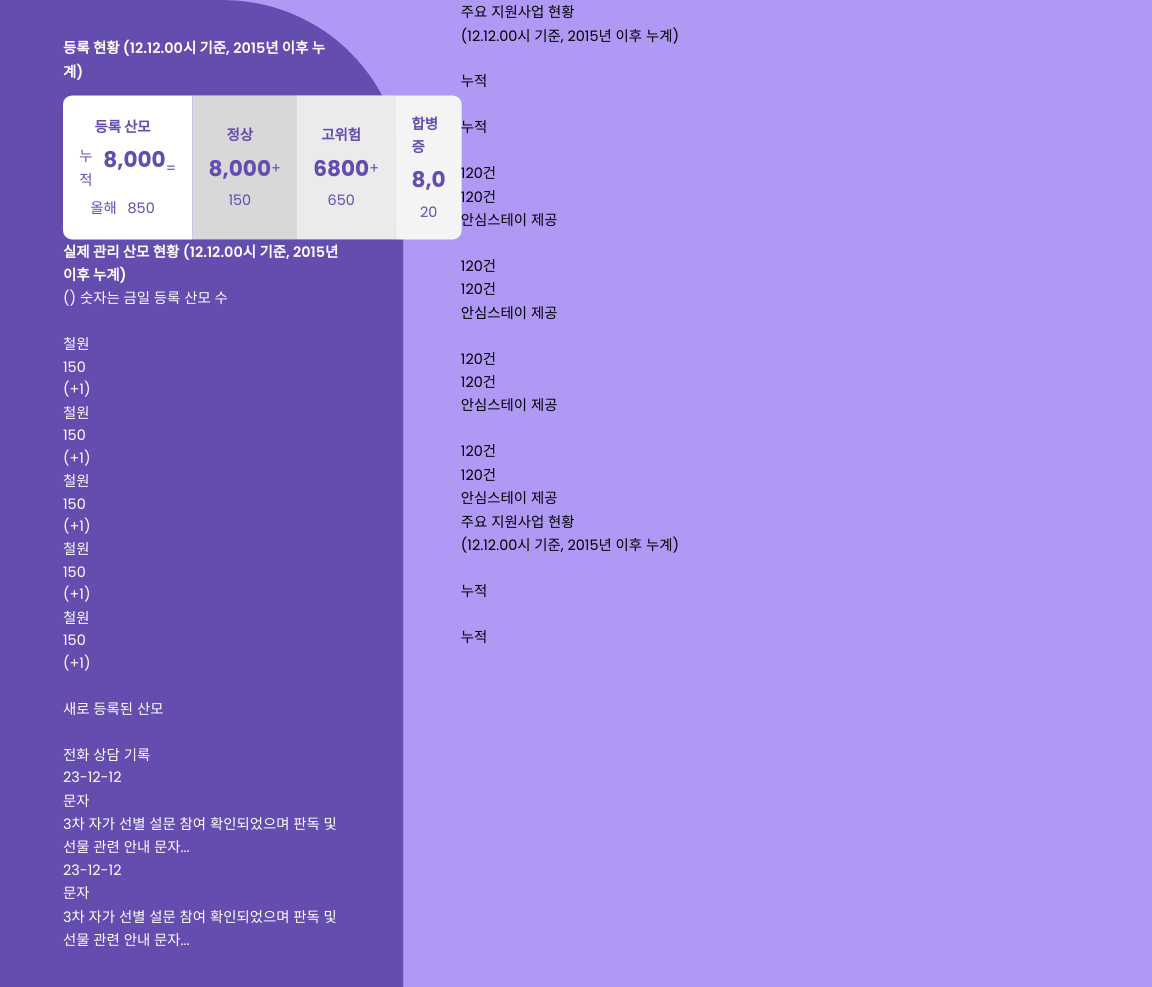
Repository: giapchicuong/Perganancy_Web
Page: index.html
The author's editor kept a copy of each file at every save. The page is drawn from the files as they stood at one save, then again after the next save.
The browser window is 1280 px wide. The pictures show the whole page, at 90% of full size.

Above is the page before, as saved 2024-03-06 15:28:06.

### index.html
<!DOCTYPE html>
<html lang="en">

<head>
    <meta charset="UTF-8">
    <meta name="viewport" content="width=device-width, initial-scale=1.0">
    <title>Perganancy Web</title>
    <link rel="stylesheet" href="./assets/base.css">
    <link rel="stylesheet" href="./assets/style.css">
</head>

<body>
    <!-- .block -->
    <!-- .block__element -->
    <!-- .block__element--modifier -->
    <!-- card
    card__image
    card__description
    card__button--submit
    card__button--cancel -->
    <div class="app">
        <div class="main">
            <section class="advertising">
                <div class="advertising-left">
                    <div class="advertising-left--top">
                        <div class="advertising-left__title">등록 현황 (12.12.00시 기준, 2015년 이후 누계)</div>
                        <div class="advertising-left__item-list">
                            <div class="advertising-left__item advertising-left__item1">
                                <div class="advertising-left__item--signal">
                                    <div class="advertising-left__item--white">
                                        <div class="advertising-left__item-title">등록 산모</div>
                                        <div class="advertising-left__item-desc">
                                            <div class="advertising-left__item-desc-text">누적</div>
                                            <div class="advertising-left__item-desc-number">8,000</div>
                                        </div>
                                    </div>
                                    <div class="advertising-left__item-bottom">
                                        <div class="advertising-left__item-bottom-text">올해</div>
                                        <div class="advertising-left__item-bottom-number">850</div>
                                    </div>
                                </div>
                                <div class="calculation">=</div>
                            </div>
                            <div class="advertising-left__item advertising-left__item2">
                                <div class="advertising-left__item--signal">
                                    <div class="advertising-left__item--white">
                                        <div class="advertising-left__item-title">정상</div>
                                        <div class="advertising-left__item-desc">
                                            <div class="advertising-left__item-desc-number">8,000</div>
                                        </div>
                                    </div>
                                    <div class="advertising-left__item-bottom">
                                        <div class="advertising-left__item-bottom-number">150</div>
                                    </div>
                                </div>
                                <div class="calculation">+</div>
                            </div>
                            <div class="advertising-left__item advertising-left__item3">
                                <div class="advertising-left__item--signal">
                                    <div class="advertising-left__item--white">
                                        <div class="advertising-left__item-title">고위험</div>
                                        <div class="advertising-left__item-desc">
                                            <div class="advertising-left__item-desc-number">6800</div>
                                        </div>
                                    </div>
                                    <div class="advertising-left__item-bottom">
                                        <div class="advertising-left__item-bottom-number">650</div>
                                    </div>
                                </div>
                                <div class="calculation">+</div>
                            </div>
                            <div class="advertising-left__item advertising-left__item4">
                                <div class="advertising-left__item--signal">
                                    <div class="advertising-left__item--white">
                                        <div class="advertising-left__item-title">합병증</div>
                                        <div class="advertising-left__item-desc">
                                            <div class="advertising-left__item-desc-number">8,0</div>
                                        </div>
                                    </div>
                                    <div class="advertising-left__item-bottom">
                                        <div class="advertising-left__item-bottom-number">20</div>
                                    </div>
                                </div>
                            </div>
                        </div>
                    </div>
                    <div class="advertising-left__title">실제 관리 산모 현황 (12.12.00시 기준, 2015년 이후 누계)</div>
                    <div class="advertising-left__desc">() 숫자는 금일 등록 산모 수</div>
                    <div class="advertising-left__map">
                        <img src="" alt="" class="advertising-left__map-image">
                        <div class="advertising-left__map-item-list-top">
                            <div class="advertising-left__map-item">
                                <div class="advertising-left__map-item-title">철원</div>
                                <div class="advertising-left__map-item-number">150</div>
                                <div class="advertising-left__map-item-desc">(+1)</div>
                            </div>
                            <div class="advertising-left__map-item">
                                <div class="advertising-left__map-item-title">철원</div>
                                <div class="advertising-left__map-item-number">150</div>
                                <div class="advertising-left__map-item-desc">(+1)</div>
                            </div>
                        </div>
                        <div class="advertising-left__map-item-list-center">
                            <div class="advertising-left__map-item">
                                <div class="advertising-left__map-item-title">철원</div>
                                <div class="advertising-left__map-item-number">150</div>
                                <div class="advertising-left__map-item-desc">(+1)</div>
                            </div>
                            <div class="advertising-left__map-item">
                                <div class="advertising-left__map-item-title">철원</div>
                                <div class="advertising-left__map-item-number">150</div>
                                <div class="advertising-left__map-item-desc">(+1)</div>
                            </div>
                        </div>
                        <div class="advertising-left__map-item-list-botom">
                            <div class="advertising-left__map-item">
                                <div class="advertising-left__map-item-title">철원</div>
                                <div class="advertising-left__map-item-number">150</div>
                                <div class="advertising-left__map-item-desc">(+1)</div>
                            </div>
                        </div>
                    </div>
                    <div class="advertising-left__box">
                        <div class="advertising-left__box-title">
                            <img src="" alt="" class="advertising-left__box-title-icon">
                            <div class="advertising-left__box-title-text">새로 등록된 산모</div>
                        </div>
                        <div class="advertising-left__box-message-list">
                            <div class="advertising-left__box-message-item">
                                <div class="advertising-left__box-message-item-date"></div>
                                <div class="advertising-left__box-message-item-text"></div>
                            </div>
                        </div>
                    </div>
                    <div class="advertising-left__box">
                        <div class="advertising-left__box-title">
                            <img src="" alt="" class="advertising-left__box-title-icon">
                            <div class="advertising-left__box-title-text">전화 상담 기록</div>
                        </div>
                        <div class="advertising-left__box-message-list">
                            <div class="advertising-left__box-message-item">
                                <div class="advertising-left__box-message-item-date">23-12-12</div>
                                <div class="advertising-left__box-message-item-name">문자</div>
                                <div class="advertising-left__box-message-item-text">3차 자가 선별 설문 참여 확인되었으며 판독 및 선물 관련 안내
                                    문자...</div>
                            </div>
                            <div class="advertising-left__box-message-item">
                                <div class="advertising-left__box-message-item-date">23-12-12</div>
                                <div class="advertising-left__box-message-item-name">문자</div>
                                <div class="advertising-left__box-message-item-text">3차 자가 선별 설문 참여 확인되었으며 판독 및 선물 관련 안내
                                    문자...</div>
                            </div>
                        </div>
                    </div>
                </div>
                <div class="advertising-right">
                    <div class="advertising-right-item">
                        <div class="advertising-right-item-top">
                            <div class="advertising-right-item-top-left">
                                <div class="advertising-right-item-top__title">주요 지원사업 현황</div>
                                <div class="advertising-right-item-top__desc">(12.12.00시 기준, 2015년 이후 누계)</div>
                            </div>
                            <div class="advertising-right-item-top-right">
                                <div class="advertising-right-item-top-item">
                                    <img src="" alt="" class="advertising-right-item-top-item__icon">
                                    <div class="advertising-right-item-top-item__text">누적</div>
                                </div>
                                <div class="advertising-right-item-top-item">
                                    <img src="" alt="" class="advertising-right-item-top-item__icon">
                                    <div class="advertising-right-item-top-item__text">누적</div>
                                </div>
                            </div>
                        </div>
                        <div class="advertising-right-item-card-list">
                            <div class="advertising-right-item-card">
                                <div class="advertising-right-item-card-provide">
                                    <img src="" alt="" class="advertising-right-item-card__image">
                                    <div class="advertising-right-item-card__image-number">
                                        <div class="advertising-right-item-card__image-number-large">120건</div>
                                        <div class="advertising-right-item-card__image-number-small">120건</div>
                                    </div>
                                </div>
                                <div class="advertising-right-item-card-content">안심스테이 제공</div>
                            </div>
                            <div class="advertising-right-item-card">
                                <div class="advertising-right-item-card-provide">
                                    <img src="" alt="" class="advertising-right-item-card__image">
                                    <div class="advertising-right-item-card__image-number">
                                        <div class="advertising-right-item-card__image-number-large">120건</div>
                                        <div class="advertising-right-item-card__image-number-small">120건</div>
                                    </div>
                                </div>
                                <div class="advertising-right-item-card-content">안심스테이 제공</div>
                            </div>
                            <div class="advertising-right-item-card">
                                <div class="advertising-right-item-card-provide">
                                    <img src="" alt="" class="advertising-right-item-card__image">
                                    <div class="advertising-right-item-card__image-number">
                                        <div class="advertising-right-item-card__image-number-large">120건</div>
                                        <div class="advertising-right-item-card__image-number-small">120건</div>
                                    </div>
                                </div>
                                <div class="advertising-right-item-card-content">안심스테이 제공</div>
                            </div>
                            <div class="advertising-right-item-card">
                                <div class="advertising-right-item-card-provide">
                                    <img src="" alt="" class="advertising-right-item-card__image">
                                    <div class="advertising-right-item-card__image-number">
                                        <div class="advertising-right-item-card__image-number-large">120건</div>
                                        <div class="advertising-right-item-card__image-number-small">120건</div>
                                    </div>
                                </div>
                                <div class="advertising-right-item-card-content">안심스테이 제공</div>
                            </div>
                        </div>
                    </div>
                    <div class="advertising-right-item">
                        <div class="advertising-right-item-top">
                            <div class="advertising-right-item-top-left">
                                <div class="advertising-right-item-top__title">주요 지원사업 현황</div>
                                <div class="advertising-right-item-top__desc">(12.12.00시 기준, 2015년 이후 누계)</div>
                            </div>
                            <div class="advertising-right-item-top-right">
                                <div class="advertising-right-item-top-item">
                                    <img src="" alt="" class="advertising-right-item-top-item__icon">
                                    <div class="advertising-right-item-top-item__text">누적</div>
                                </div>
                                <div class="advertising-right-item-top-item">
                                    <img src="" alt="" class="advertising-right-item-top-item__icon">
                                    <div class="advertising-right-item-top-item__text">누적</div>
                                </div>
                            </div>
                        </div>
                        <div class="advertising-right-item__btn-list">
                            <div class="advertising-right-item__btn-item">
                                <div class="advertising-right-item__btn">
                                    <img src="" alt="" class="advertising-right-item__btn-icon" />
                                    <div class="advertising-right-item__btn-text"></div>
                                    <div class="advertising-right-item__btn-notification"></div>
                                </div>
                                <div class="advertising-right-item__btn-content"></div>
                            </div>
                            <div class="advertising-right-item__btn-item">
                                <div class="advertising-right-item__btn">
                                    <img src="" alt="" class="advertising-right-item__btn-icon" />
                                    <div class="advertising-right-item__btn-text"></div>
                                    <div class="advertising-right-item__btn-notification"></div>
                                </div>
                                <div class="advertising-right-item__btn-content"></div>
                            </div>
                            <div class="advertising-right-item__btn-item">
                                <div class="advertising-right-item__btn">
                                    <img src="" alt="" class="advertising-right-item__btn-icon" />
                                    <div class="advertising-right-item__btn-text"></div>
                                    <div class="advertising-right-item__btn-notification"></div>
                                </div>
                                <div class="advertising-right-item__btn-content"></div>
                            </div>
                            <div class="advertising-right-item__btn-item">
                                <div class="advertising-right-item__btn">
                                    <img src="" alt="" class="advertising-right-item__btn-icon" />
                                    <div class="advertising-right-item__btn-text"></div>
                                    <div class="advertising-right-item__btn-notification"></div>
                                </div>
                                <div class="advertising-right-item__btn-content"></div>
                            </div>
                        </div>
                    </div>
                    <div class="advertising-right-item">
                        <div class="advertising-right-item-left">
                            <div class="advertising-right-item-left-text">
                                <div class="advertising-right-item-left__title"></div>
                                <div class="advertising-right-item-desc"></div>
                            </div>
                            <div class="advertising-right-item-number"></div>
                        </div>
                        <div class="advertising-right-item-right">

                        </div>
                    </div>
                    <div class="advertising-right-item">
                        <div class="advertising-right-item-message-list">
                            <div class="advertising-right-item-message-item">
                                <div class="advertising-right-item-message-text">
                                    <div class="advertising-right-item-message__title"></div>
                                    <div class="advertising-right-item-message__desc"></div>
                                </div>
                                <div class="advertising-right-item-message-number">
                                    <div class="advertising-right-item-message-number-icon"></div>
                                    <div class="advertising-right-item-message-number-text"></div>
                                    <div class="advertising-right-item-message-number-case"></div>
                                </div>
                            </div>
                            <div class="advertising-right-item-message-item">
                                <div class="advertising-right-item-message-text">
                                    <div class="advertising-right-item-message__title"></div>
                                    <div class="advertising-right-item-message__desc"></div>
                                </div>
                                <div class="advertising-right-item-message-number">
                                    <div class="advertising-right-item-message-number-icon"></div>
                                    <div class="advertising-right-item-message-number-text"></div>
                                    <div class="advertising-right-item-message-number-case"></div>
                                </div>
                            </div>
                        </div>
                    </div>
                </div>
            </section>
        </div>
    </div>
</body>

</html>

### assets/base.css
@import url('https://fonts.googleapis.com/css2?family=Poppins:ital,wght@0,100;0,200;0,300;0,400;0,500;0,600;0,700;0,800;0,900;1,100;1,200; 1.300;1.400;1.500;1.600;1.700;1.800;1.900&display=swap');

* {
    margin: 0;
    padding: 0;
    box-sizing: border-box;
    font-family: 'Poppins' , sans-serif;
    background-repeat: no-repeat;
    background-position: 40% ;
}
html, body {
    width: 100%;
    height: 100%;
    background-attachment: fixed;
    /* background-size: cover; */
}
:root {
    --primary: #644DAF;
    --secondary: #AF99F4;
    --purple: #E7E3FF;
    --lightPurple: #E6E6FA;
    --pink: #EF9C98;
    --white: #FFFFFF;
    --gray: #D8D8D8;
    --gray2: #EBEBEB;
    --gray3: #F4F4F4;
}

### assets/style.css
.advertising {
    display: flex;
    gap: 0% 5%;

}
.main {
    background-color: var(--secondary);
    height: 100%;
    background-size: cover;
}
.advertising-left {
    width: 35%;
    background-color: var(--primary);
    border-top-right-radius: 200px 200px;
    color: var(--white);
    padding: 40px 70px;
}
.advertising-left--top{
    display: flex;
    flex-direction: column;
    gap: 14px;
}
.advertising-left__title{
    font-weight: 600;

}
.advertising-left__item-list{
    display: flex;
    width: 100%;
}
.advertising-left__item {
    display: flex;
    justify-content: center;
    align-items: center;
    color: var(--primary);
    padding: 18px;
}
.advertising-left__item1{
    flex-grow: 2;
    background-color: var(--white);
    border-top-left-radius: 10px;
    border-bottom-left-radius: 10px;
}
.advertising-left__item2, .advertising-left__item3, .advertising-left__item4 {
    flex-grow: 1;
}
.advertising-left__item2 {
    background-color: var(--gray);
}
.advertising-left__item3 {
    background-color: var(--gray2);
}
.advertising-left__item4 {
    background-color: var(--gray3);
    border-top-right-radius: 10px;
    border-bottom-right-radius: 10px;
}
.advertising-left__item--signal{
    display: flex;
    gap: 6px;
    flex-direction: column;
    justify-content: center;
    align-items: center;
}
.advertising-left__item--white{
    display: flex;
    gap: 6px 0px;
    flex-direction: column;
    justify-content: center;
    align-items: center;
}
.advertising-left__item{

}
.advertising-left__item-title{
    font-weight: bold;
    font-size: 16px;
}
.advertising-left__item-desc{
    display: flex;
    gap: 12px;
}
.advertising-left__item-desc-text{

}
.advertising-left__item-desc-number{
    font-size: 24px;
    font-weight: bold;
}
.advertising-left__item-bottom{
    display: flex;
    align-items: center;
    gap: 12px;
}

After the next save:
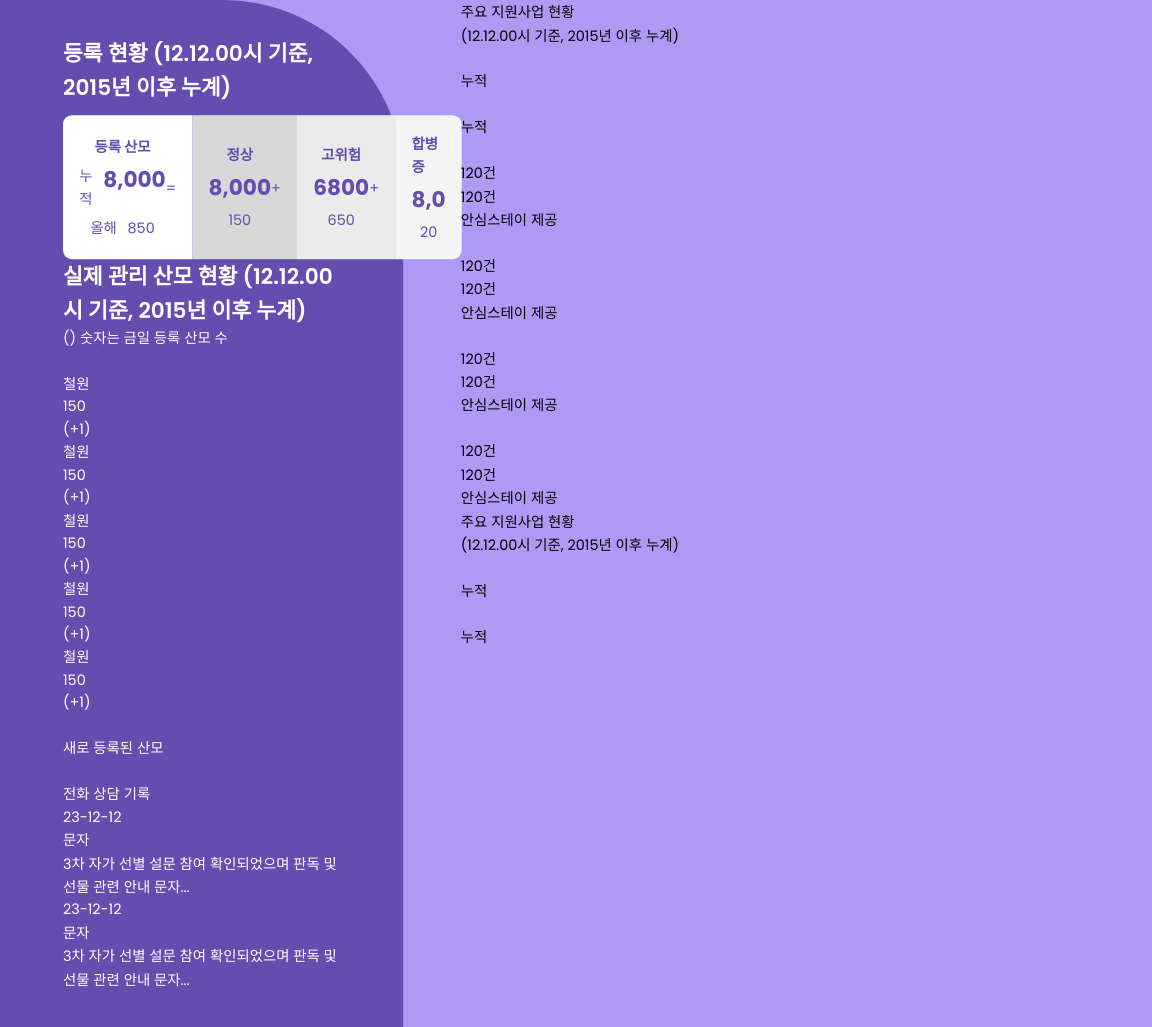
Saved 35 s later.
--- a/assets/style.css
+++ b/assets/style.css
@@ -21,7 +21,11 @@
     gap: 14px;
 }
 .advertising-left__title{
+    font-family: Poppins;
+    font-size: 24px;
+    font-style: normal;
     font-weight: 600;
+    line-height: normal;
 
 }
 .advertising-left__item-list{
